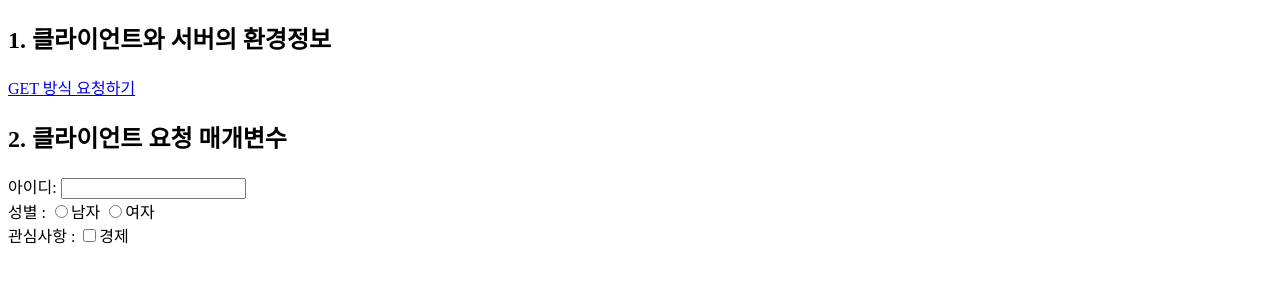
Repository: parkblacksheep/JSP-Servlet
Page: http://localhost/HelloJSP2_2/object/requestMain.jsp
The author's editor kept a copy of each file at every save. The page is drawn from the files as they stood at one save, then again after the next save.
The browser window is 1280 px wide. The pictures show the whole page.
The page is served by Tomcat 9.

Above is the page before, as saved 2024-07-25 02:21:05.

### HelloJSP2_2/src/main/webapp/object/requestMain.jsp
<%@ page language="java" contentType="text/html; charset=UTF-8"
    pageEncoding="UTF-8"%>
<!DOCTYPE html>
<html>
<head>
<meta charset="UTF-8">
<title>Insert title here</title>
</head>
<body>
	<h2>1. 클라이언트와 서버의 환경정보 </h2>
	<a href="./requestWebInfo.jsp?eng=Hello&han=안녕"> GET 방식 요청하기</a>
	<br/>
	<form action="requestWebInfo.jsp" method="post">

	</form>
	<h2>2. 클라이언트  요청 매개변수 </h2>
	<form action="post" action="requestParameter.jsp">
		아이디: <input type="text" name="id" value=""><br>
		성별 :
			<input type="radio"name="sex" value="man">남자
			<input type="radio"name="sex" value="waman">여자
			<br>
		관심사항 :
			<input type="checkbox" name="favo" value="eco">경제
	</form>
</body>
</html>

After the next save:
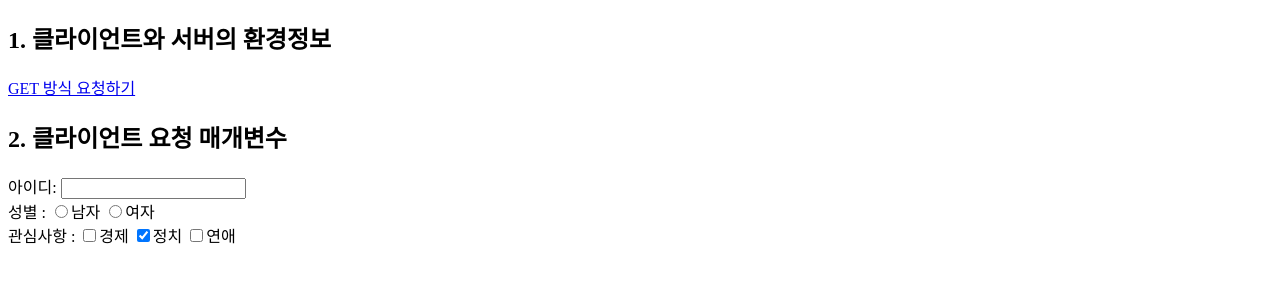
Saved 34 s later.
--- a/HelloJSP2_2/src/main/webapp/object/requestMain.jsp
+++ b/HelloJSP2_2/src/main/webapp/object/requestMain.jsp
@@ -22,6 +22,8 @@
 			<br>
 		관심사항 :
 			<input type="checkbox" name="favo" value="eco">경제
+			<input type="checkbox" name="favo" value="pol" checked>정치
+			<input type="checkbox" name="favo" value="ent">연애 <br>
 	</form>
 </body>
 </html>
